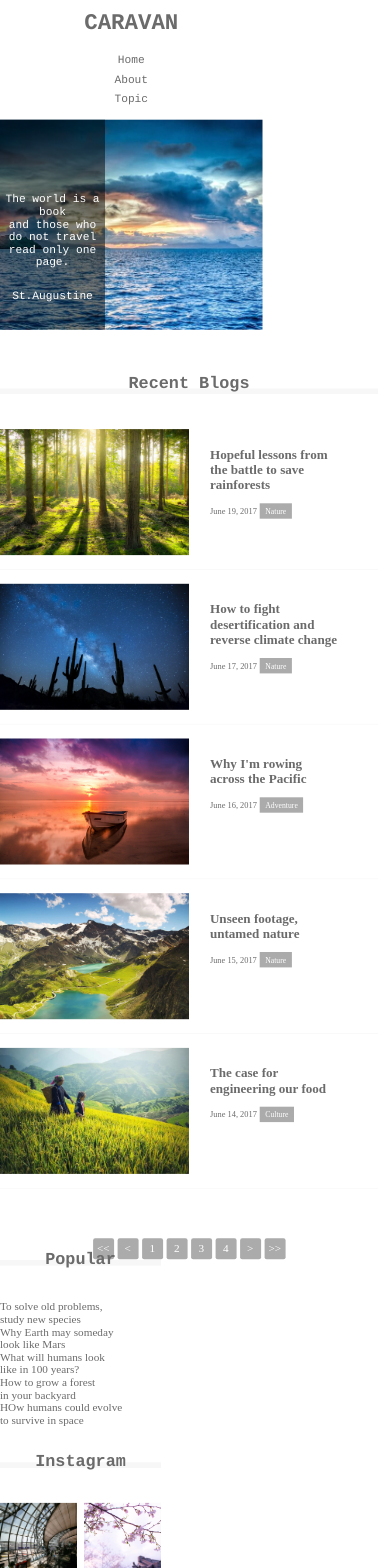
Repository: kk-um/advance1
Page: caravan/index.html
The author's editor kept a record of every edit. The page is drawn from the files as they stood at one moment, then again after the next edit.
The browser window is 375 px wide. The page is 540 px wide, so the pictures cover 540 px, including what lies to the right of the window. The pictures show the part of the page from y = 0 to 2240 px (the page is 2981 px tall), at 70% of full size.
Some web libraries are served in a nearby version.

Above is the page before.

After the next edit:
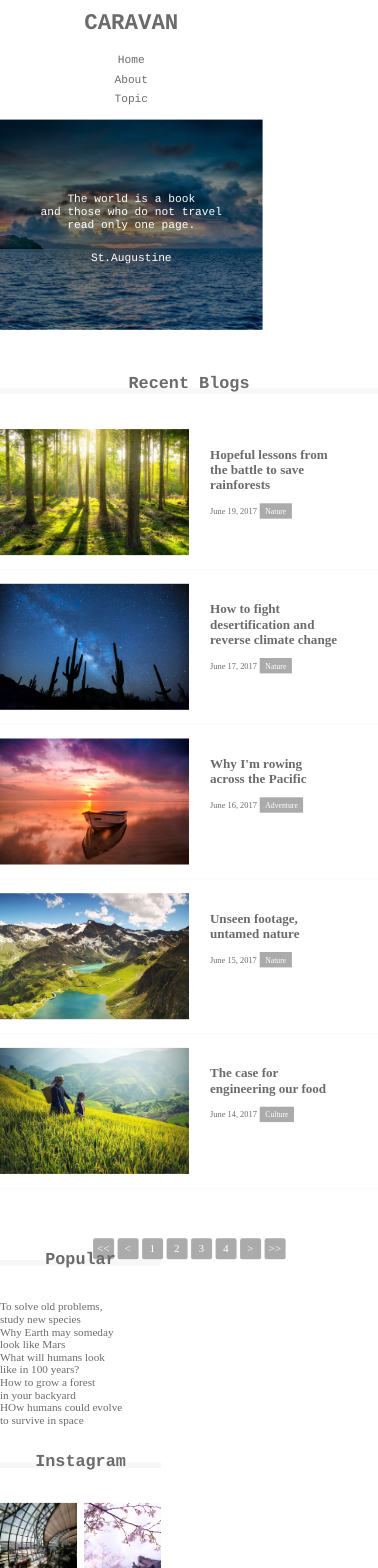
The edit:
--- a/caravan/style.css
+++ b/caravan/style.css
@@ -240,6 +240,10 @@
     display: none;
   }
 
+   .main-visual-content {
+    width: 100%;
+  }
+
    main {
     width: 100%;
     display: block;
